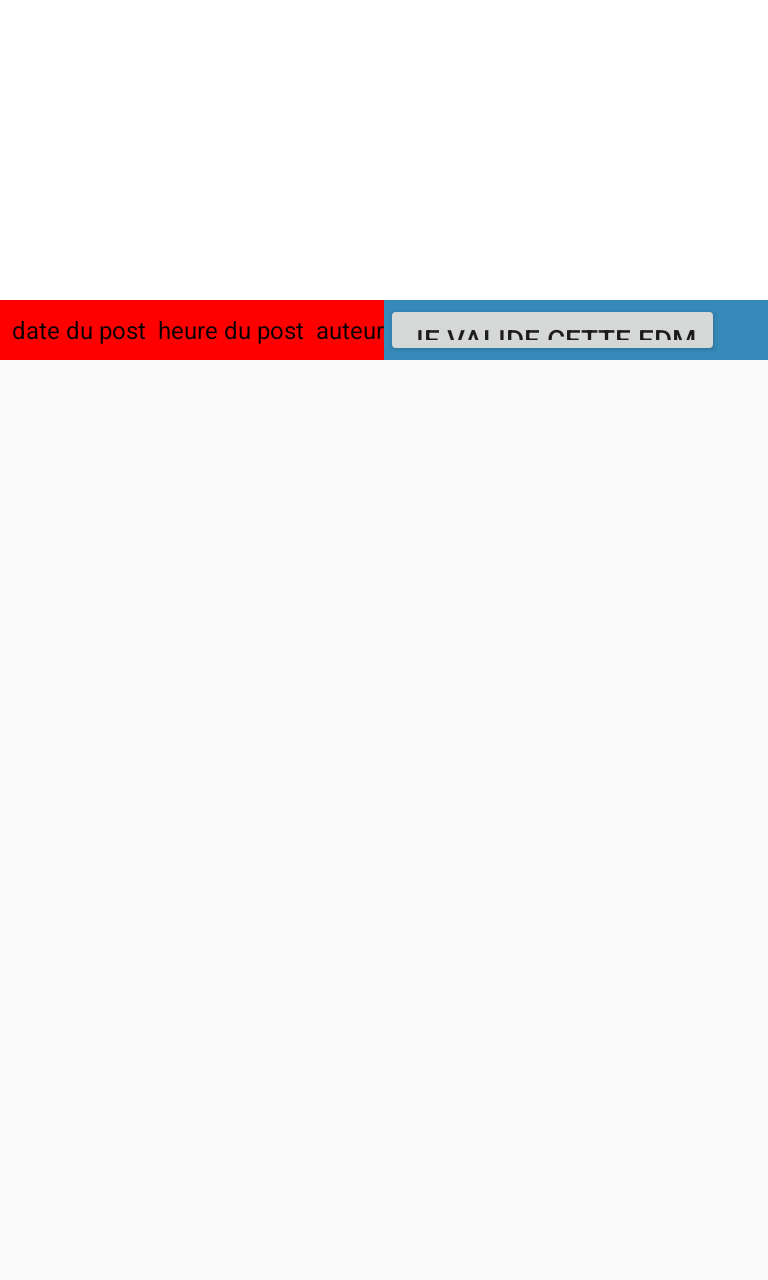
Repository: pierrealexvezinet/excusedemerde
Layout: edm/res/layout/edm_textview_layout.xml
An editor plug-in stored every save of this project. The layout is shown before and after the next save, followed by the edit.
It is drawn on a 768 x 1280 px phone screen (xhdpi) without system bars, with theme Theme.AppCompat.Light; the app's code is not run.

Above is the layout before, as saved 2014-02-16 22:11:27.

### edm/res/layout/edm_textview_layout.xml
<?xml version="1.0" encoding="utf-8"?>
<LinearLayout xmlns:android="http://schemas.android.com/apk/res/android"
    android:id="@+id/edm_accueil_llt"
    android:layout_width="match_parent"
    android:layout_height="match_parent"
    android:orientation="vertical" >

    <RelativeLayout
        android:layout_width="match_parent"
        android:layout_height="150dp"
        android:background="@color/edm_blue_dark_background"
        android:orientation="vertical" >

        <TextView
            android:id="@+id/tv_edm_post"
            android:layout_width="match_parent"
            android:layout_height="match_parent"
            android:background="#FFFFFF"
            android:gravity="center_vertical"
            android:minHeight="?android:attr/listPreferredItemHeight"
            android:paddingLeft="6dip"
            android:textSize="12sp"
            android:textColor="#000000"
            android:textAppearance="?android:attr/textAppearanceLarge"
             />
    </RelativeLayout>

    <RelativeLayout
        android:layout_width="match_parent"
        android:layout_height="30dp"
        android:background="@color/btn_forum_color"
        android:orientation="vertical"
       >

        <RelativeLayout
		    android:layout_width="match_parent"
		    android:layout_height="match_parent"
		    android:background="@color/edm_blue_dark_background"
		      android:gravity="left">

        <TextView
            android:background="#ff0000"
            android:text="date du post"
            android:id="@+id/tv_edm_post_date"
            android:layout_width="wrap_content"
            android:layout_height="fill_parent"
            android:gravity="center"
            android:minHeight="?android:attr/listPreferredItemHeight"
            android:paddingLeft="6dip"
            android:textSize="12sp"
            android:textAppearance="?android:attr/textAppearanceLarge"
            android:textColor="#000000" />

        <TextView
            android:background="#ff0000"
            android:text="heure du post"
            android:id="@+id/tv_edm_post_hour"
            android:layout_width="wrap_content"
            android:layout_height="fill_parent"
            android:layout_toRightOf="@id/tv_edm_post_date"
            android:gravity="center_vertical"
            android:minHeight="?android:attr/listPreferredItemHeight"
            android:paddingLeft="6dip"
            android:textAppearance="?android:attr/textAppearanceLarge"
            android:textSize="12sp"
            android:textColor="#000000" />

        <TextView
            android:background="#ff0000"
            android:text="auteur"
            android:id="@+id/tv_edm_post_auteur"
            android:layout_width="wrap_content"
            android:layout_height="fill_parent"
            android:layout_toRightOf="@+id/tv_edm_post_hour"
            android:gravity="center_vertical"
            android:minHeight="?android:attr/listPreferredItemHeight"
            android:paddingLeft="6dip"
            android:textSize="12sp"
            android:textAppearance="?android:attr/textAppearanceLarge"
            android:textColor="#000000"/>

        <Button
            android:id="@+id/bt_valider_edm"
            android:layout_width="wrap_content"
            android:layout_height="wrap_content"
            android:layout_alignParentTop="true"
            android:layout_toRightOf="@+id/tv_edm_post_auteur"
            android:text="@string/text_btn_valider_edm"/>

        </RelativeLayout>
    </RelativeLayout>

</LinearLayout>

### edm/res/values/colors.xml
<?xml version="1.0" encoding="utf-8"?>
<resources>

    <color name="edm_blue_background" >#AAD2E9</color>
    <color name="edm_blue_dark_background">#368ABA</color>
    <color name="btn_accueil_color">#D98E20</color>
    <color name="btn_forum_color">#97AC72</color>
    <color name="btn_shopping_color">#EA877B</color>
    <color name="btn_account_color">#D0AEC6</color>
    <color name="btn_pipotek_color">#C6CAFB</color>
    <color name="btn_parametres_color">#B877D6</color>


    <color name="bg_start">#000000</color>
    <color name="bg_end">#293436</color>
    <color name="bg_mentions_start">#529d07</color>
    <color name="bg_mentions_end">#d3ff00</color>
    <color name="bg">#FFF</color>
    <color name="bg_dialog">#adadad</color>
    <color name="catalog_titlebar_background">#60ab21</color>
    <color name="reduction_titlebar_background">#60ab21</color>
    <color name="menu_background">#FFF</color>
    <color name="menu_background_selected">#888</color>
    <color name="bg_selectedcell">#3C3A3A</color>
    <color name="bt_text">#352a26</color>
    <color name="text_info">#999999</color>
    <color name="text_green">#ADCB10</color>
    <color name="text_black">#000000</color>
    <color name="text_lightgrey">#989898</color>
    <color name="text_grey">#888888</color>
    <color name="blanc">#FFFFFF</color>
    <color name="white">#FFFFFF</color>
    <color name="debug">#33FF0000</color>
    <color name="debug2">#3300FF00</color>
    <color name="translucent_black">#AA000000</color>
    <color name="transparent">#00000000</color>
    <color name="pink">#D3007E</color>
    <color name="red">#F00</color>
    <color name="background">#88000000</color>
    <color name="pense_bete_text">#000000</color>
    <color name="my_list_parent_text">#181947</color>
    <color name="edm_green">#83af0b</color>
    <color name="edm_green_tap">#9eca32</color>
    <color name="edm_green_translucent">#CC83af0b</color>
    <color name="edm_green_translucent_tap">#CC9eca32</color>
    <color name="edm_pink">#cb0081</color>
    <color name="edm_pink_tap">#FF82C6</color>
    <color name="edm_pink_translucent">#CCcb0081</color>
    <color name="edm_pink_translucent_tap">#CCFF82C6</color>
    <color name="edm_white_translucent">#CCFFFFFF</color>
    <color name="edm_black_translucent">#CC000000</color>
    <color name="edm_grey_solid">#6f6d6d</color>
    <color name="edm_orange">#ff6c00</color>
    <color name="edm_light_orange">#ff912C</color>
    <color name="edm_white_cream">#efeae8</color>
    <color name="edm_cream_button">#f2eeec</color>
    <color name="edm_light_grey">#ccc2be</color>
    <color name="edm_black">#181947</color>
    <color name="edm_dark_grey">#a5918a</color>
    <color name="edm_dark_grey_translucent">#CCa5918a</color>
    <color name="edm_button_gray_text">#a5918a</color>
    <color name="edm_button_gray_background">#CCefeae8</color>
    <color name="edm_button_gray_deactivated_text">#efeae8</color>
    <color name="edm_button_gray_deactivated_background">#CCffffff</color>

</resources>

### edm/res/values/strings.xml
<?xml version="1.0" encoding="utf-8"?>
<resources>

    <!-- EDM GENERAL -->
    <string name="app_name">Excuse de merde</string>
    <string name="action_settings">Settings</string>
    <string name="drawer_open">Drawer ouvert</string>
    <string name="drawer_closed">Drawer fermé</string>
    <string name="ac_refresh">Refresh</string>

    <!-- EDM ALERT DIALOG PARAMETRES MES EDMS -->
    <string name="title_alert_dialog_retour_accueil">Information</string>
    <string name="button_valid_retour_accueil">Retourner à l\'accueil</string>
    <string name="message_aucunes_edms_utilisateur">Vous n\'avez pas d\'EDMs.</string>
    <string name="message_pas_connecte_voir_edms">Vous devez être connécté pour voir vos EDMs.</string>

    <!-- EDM ALERT DIALOG EDM FRAGMENT ACTIVITY CONNECTE POUR POSTER EDM -->
    <string name="title_alert_dialog_retour_to_post_edm">Attention</string>
    <string name="button_connect_me">Me connecter !</string>
    <string name="message_pas_connecte">Vous devez être connecté pour pouvoir poster des EDMs.</string>

    <!-- EDM MES EDMS -->
    <string name="app_name_mes_edms">Mes EDMs</string>

    <!-- EDM CLASSEMENT TOP TEN DES MYTHOS -->
    <string name="app_name_top_ten_des_mythos">Top 10 des mythos</string>

    <!-- EDM PROGRESS BAR -->
    <string name="chargement_en_cours">Chargement en cours</string>
    <string name="merci_de_patienter">Merci de patienter</string>

    <!-- EDM AUTHENTICATION -->
    <string name="app_name_authentication">Authentification</string>

    <!-- EDM ACCUEIL -->
    <string name="app_name_accueil">Accueil</string>

    <!-- EDM POSTER EDM -->
    <string name="app_name_poster_edm">Poster une EDM</string>
    <string name="poster_edm_bt">Poster une EDM</string>
    <string name="text_edm_to_post">Votre EDM se tape ici ...</string>
    <string name="text_edm_posted_with_succes">Votre EDM a été postée avec succès</string>
    <string name="text_btn_valider_edm">Je valide cette EDM</string>

    <!-- EDM ACCOUNT -->
    <string name="lieu_residence_user">Lieu de résidence :</string>
    <string name="civilite_user">Civilité :</string>
    <string name="date_naissance_user">Date de naissance :</string>
    <string name="visite_du_profil_user">Visite(s) du profil :</string>
    <string name="nb_commentaire_user">Commentaires :</string>
    <string name="nb_edms_user">Nombre de EDMs :</string>
    <string name="ma_photo">Ma photo :</string>
    <string name="non_renseigne">Aucun(e)</string>
    <string name="editer_profil">Editer mon profil</string>
    <string name="user_photo">user photo</string>

    <!-- EDM ROI DES MYTHOS -->
    <string name="app_name_roi_des_mythos">Roi des mythos</string>
    <string name="afficher_profil_roi_des_mythos">Afficher le profil</string>
    <string name="user_ne_souhaite_pas_partager_son_profil">Cet utilisateur n\'a pas souhaité partager les informations le concernant.</string>
    <string name="profil_user_hidden">Profil utlisateur caché</string>

    <!-- EDM EDIT ACCOUNT -->
    <string name="app_name_edition_profil">Edition profil</string>
    <string name="edit_civilite_user">Civilite</string>
    <string name="edit_date_de_naissance_user">Date de naissance</string>
    <string name="edit_ville_user">Résidence</string>
    <string name="edit_statut_user">Statut</string>
    <string name="edit_pays_user">Pays</string>
    <string name="edit_fuseau_user">user photo</string>
    <string name="edit_a_propos_user">A propos</string>
    <string name="edit_changer_photo_user">Avatar</string>
    <string name="edit_cacher_profil_user">Cacher Profil</string>
    <string name="valider_edition_edm">Valider</string>
    <string name="profil_mis_a_jour">Votre profil a correctement été mis à jour</string>

    <!-- EDM MENU DRAWER -->
    <string name="app_name_account">Mon Compte</string>
    <string name="drawer_menu_item_accueil">Accueil</string>
    <string name="drawer_menu_item_Forum">Forum</string>
    <string name="drawer_menu_item_Boutique">Boutique</string>
    <string name="drawer_menu_item_mon_compte">Mon compte</string>
    <string name="drawer_menu_item_pipotek">Pipotek</string>
    <string name="drawer_menu_item_parametres">Paramètres</string>

    <!-- EDM GENERAL -->


    <!-- EDM LOGIN -->
    <string name="pseudo_edm">Pseudo</string>
    <string name="password_edm">Mot de passe</string>
    <string name="remind_me_edm">Se souvenir de moi</string>
    <string name="connexion_edm">Connexion</string>

    <!-- EDM PARAMETRES -->
    <string name="app_name_parameters">Plus</string>
    <string name="mon_compte">MON COMPTE</string>
    <string name="forum">FORUM</string>
    <string name="boutique">BOUTIQUE</string>
    <string name="luminosite">LUMINOSITE</string>
    <string name="deconnexion">DECONNEXION</string>

    <!-- QUITTER EDM -->

    <string name="warning">Attention</string>
    <string name="quitt_edm_application">Souhaitez-vous vraiment quitter EDM ?</string>

</resources>

After the next save:
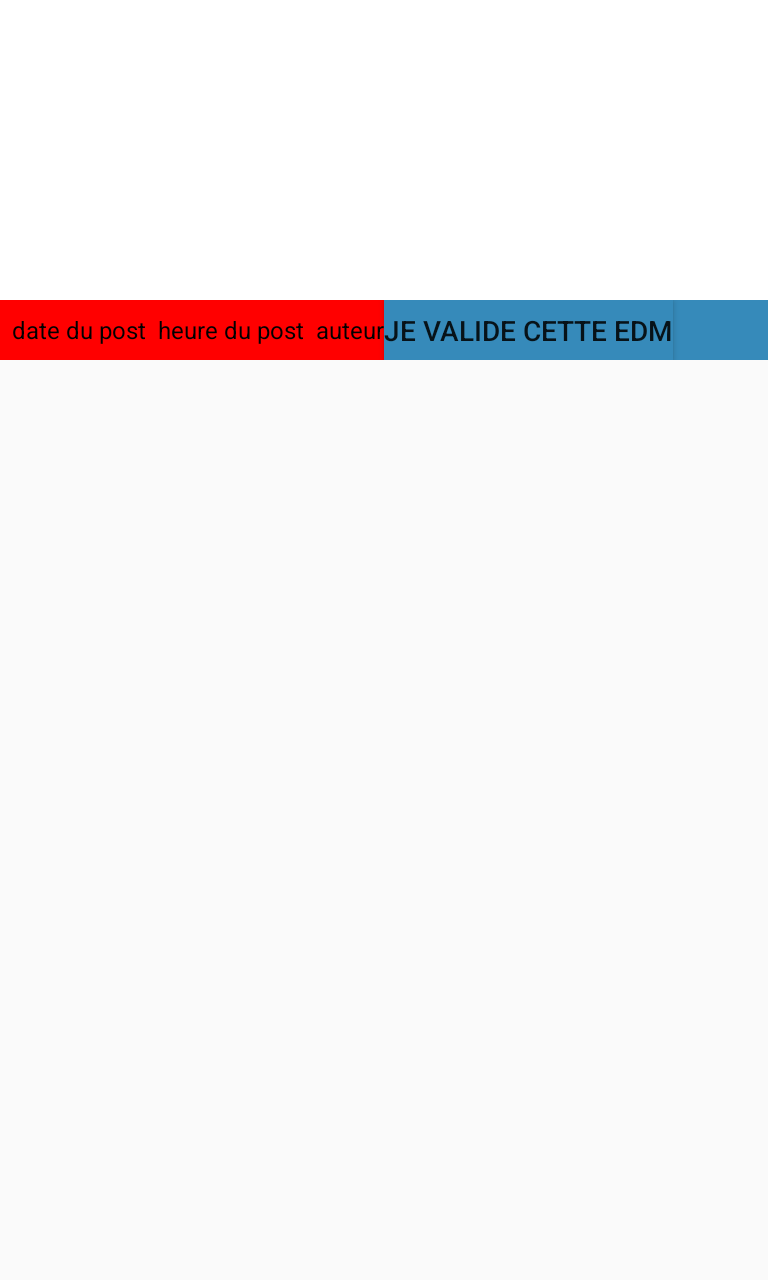
Saved 5 min 17 s later.
--- a/edm/res/layout/edm_textview_layout.xml
+++ b/edm/res/layout/edm_textview_layout.xml
@@ -84,6 +84,7 @@
             android:layout_width="wrap_content"
             android:layout_height="wrap_content"
             android:layout_alignParentTop="true"
+                android:background="@color/edm_blue_dark_background"
             android:layout_toRightOf="@+id/tv_edm_post_auteur"
             android:text="@string/text_btn_valider_edm"/>
 
